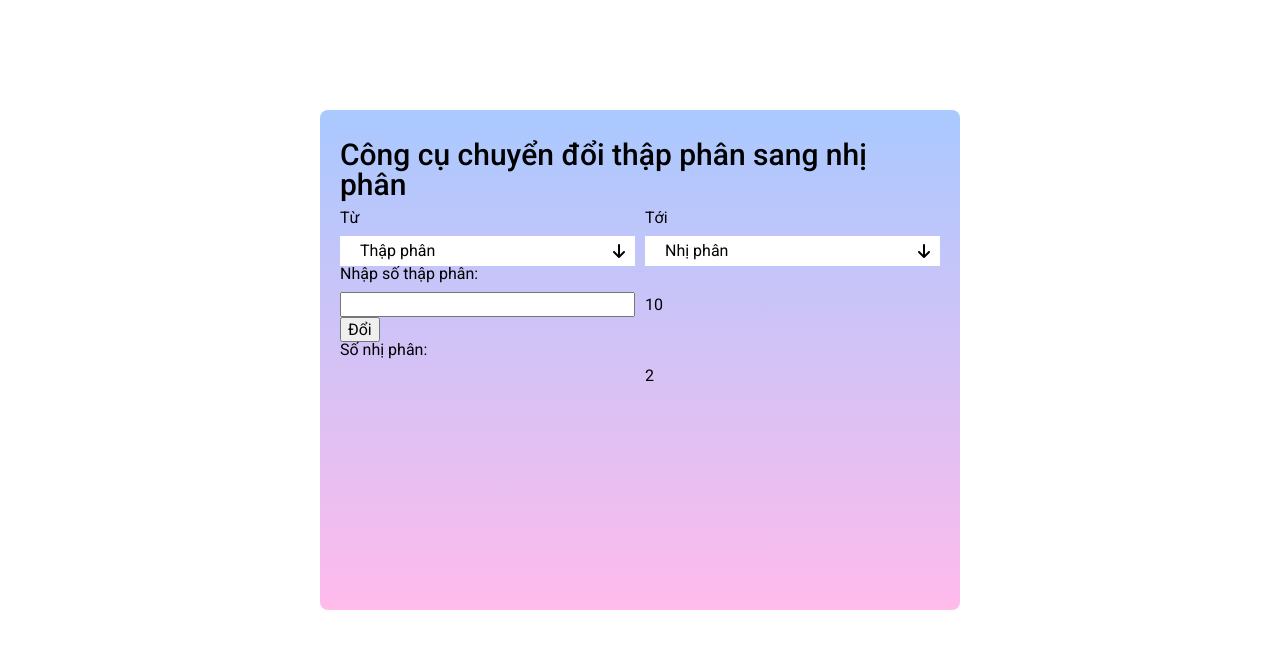
Repository: thuanpham00/covertNumber
Page: index.html
These files come from the project's save history. The page is drawn as it stood at one moment and after the next save; the edit follows.
The browser window is 1280 px wide. The pictures show the whole page.
Some web libraries are served in a nearby version. The style sheet was rebuilt from its Sass, Less or Tailwind sources for each picture, by a compiler version that may differ from the author's.

Above is the page before, as saved 2023-11-03 02:16:49.

### index.html
<!DOCTYPE html>
<html lang="en">
    <head>
        <meta charset="UTF-8" />
        <meta name="viewport" content="width=device-width, initial-scale=1.0" />
        <title>Convert Number</title>
        <link rel="stylesheet" href="./assets/css/main.css" />
        <link rel="preconnect" href="https://fonts.googleapis.com" />
        <link rel="preconnect" href="https://fonts.gstatic.com" crossorigin />
        <link
            href="https://fonts.googleapis.com/css2?family=Roboto:wght@400;500;700;900&display=swap"
            rel="stylesheet"
        />
        <script src="https://kit.fontawesome.com/3115b3f4f1.js"></script>
    </head>
    <body>
        <div class="container">
            <h1 class="title">Công cụ chuyển đổi thập phân sang nhị phân</h1>
            <div class="row">
                <span class="row__desc">Từ</span>
                <span class="row__desc">Tới</span>
            </div>
            <div class="row">
                <div class="row__type">
                    <div class="row__item">Thập phân</div>
                    <div class="row__icon">
                        <i class="fa-solid fa-arrow-down"></i>
                    </div>
                </div>
                <div class="row__type">
                    <div class="row__item">Nhị phân</div>
                    <div class="row__icon">
                        <i class="fa-solid fa-arrow-down"></i>
                    </div>
                </div>
            </div>
            <div class="container__wrapper">
                <div class="desc">Nhập số thập phân:</div>
                <form class="form">
                    <div class="row">
                        <input
                            type="text"
                            class="form__input"
                            name="numberInput"
                            required
                        />
                        <span>10</span>
                    </div>
                    <input type="submit" class="form__submit" value="Đổi" />
                </form>

                <div class="desc">Số nhị phân:</div>
                <div class="row">
                    <div class="result"></div>
                    <span>2</span>
                </div>
            </div>
        </div>
    </body>
</html>

### scss/main.scss
html,
body,
div,
span,
applet,
object,
iframe,
h1,
h2,
h3,
h4,
h5,
h6,
p,
blockquote,
pre,
a,
abbr,
acronym,
address,
big,
cite,
code,
del,
dfn,
em,
img,
ins,
kbd,
q,
s,
samp,
small,
strike,
strong,
sub,
sup,
tt,
var,
b,
u,
i,
center,
dl,
dt,
dd,
ol,
ul,
li,
fieldset,
form,
label,
legend,
table,
caption,
tbody,
tfoot,
thead,
tr,
th,
td,
article,
aside,
canvas,
details,
embed,
figure,
figcaption,
footer,
header,
hgroup,
menu,
nav,
output,
ruby,
section,
summary,
time,
mark,
audio,
video {
    margin: 0;
    padding: 0;
    border: 0;
    font-size: 100%;
    font: inherit;
    vertical-align: baseline;
}
/* HTML5 display-role reset for older browsers */
article,
aside,
details,
figcaption,
figure,
footer,
header,
hgroup,
menu,
nav,
section {
    display: block;
}
body {
    line-height: 1;
}
ol,
ul {
    list-style: none;
}
blockquote,
q {
    quotes: none;
}
blockquote:before,
blockquote:after,
q:before,
q:after {
    content: "";
    content: none;
}
table {
    border-collapse: collapse;
    border-spacing: 0;
}

*,
::after,
::before {
    box-sizing: border-box;
}

html {
    font-size: 62.5%;
}

body {
    background: #fff;
    font-size: 1.6rem;
    font-family: "Roboto", sans-serif;
}

input,
select,
textarea,
button {
    font-size: inherit;
    font-family: inherit;
}

.container {
    background-color: #a9c9ff;
    background-image: linear-gradient(180deg, #a9c9ff 0%, #ffbbec 100%);

    border-radius: 8px;
    padding: 10px 20px;
    height: 500px;
    position: absolute;
    top: 50%;
    left: 50%;
    transform: translate(-50%, -50%);

    .title {
        margin-top: 20px;
        font-size: 3rem;
        font-weight: 500;
    }

    .row {
        margin-top: 10px;
        display: grid;
        align-items: center;
        grid-template-columns: 1fr 1fr;
        column-gap: 10px;

        .row__type {
            display: flex;
            align-items: center;
            justify-content: space-between;
            padding-left: 20px;
            padding-right: 10px;
            height: 30px;
            width: 100%;
            background: #fff;

            pointer-events: none;

            > i {
                font-size: 0.6rem;
            }
        }
    }

    .desc {

    }
}

After the next save:
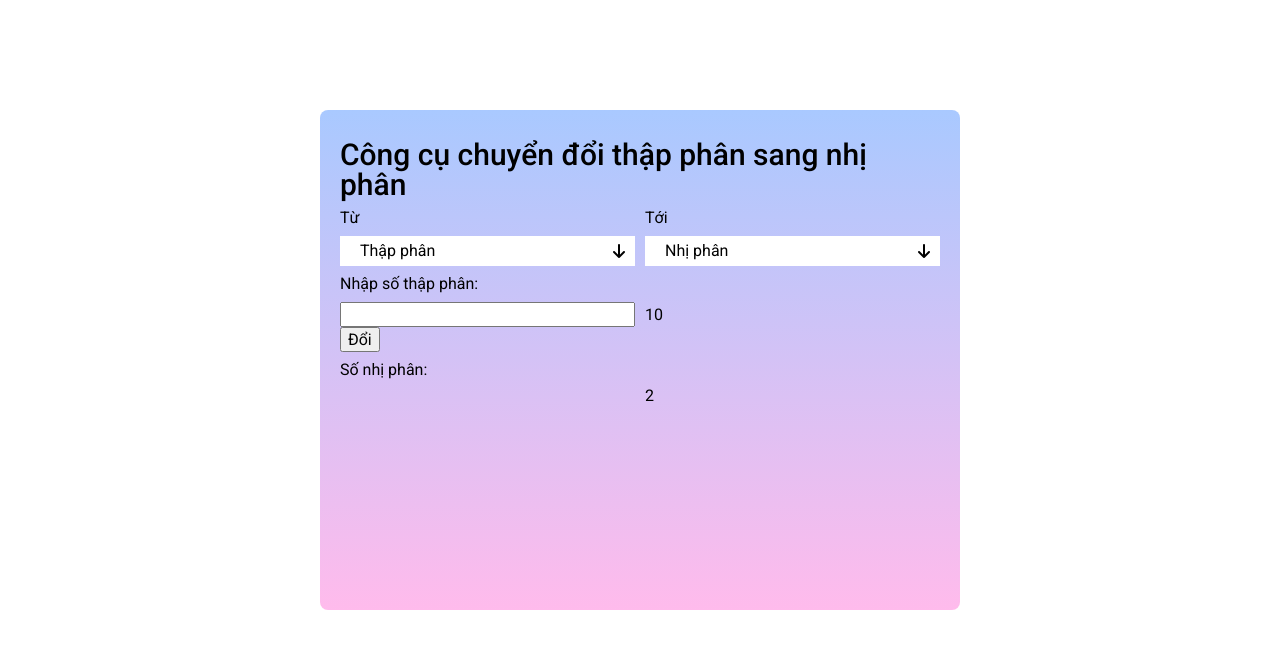
Saved 22 s later.
--- a/scss/main.scss
+++ b/scss/main.scss
@@ -191,6 +191,6 @@ button {
     }
 
     .desc {
-
+        margin-top: 10px;
     }
 }
